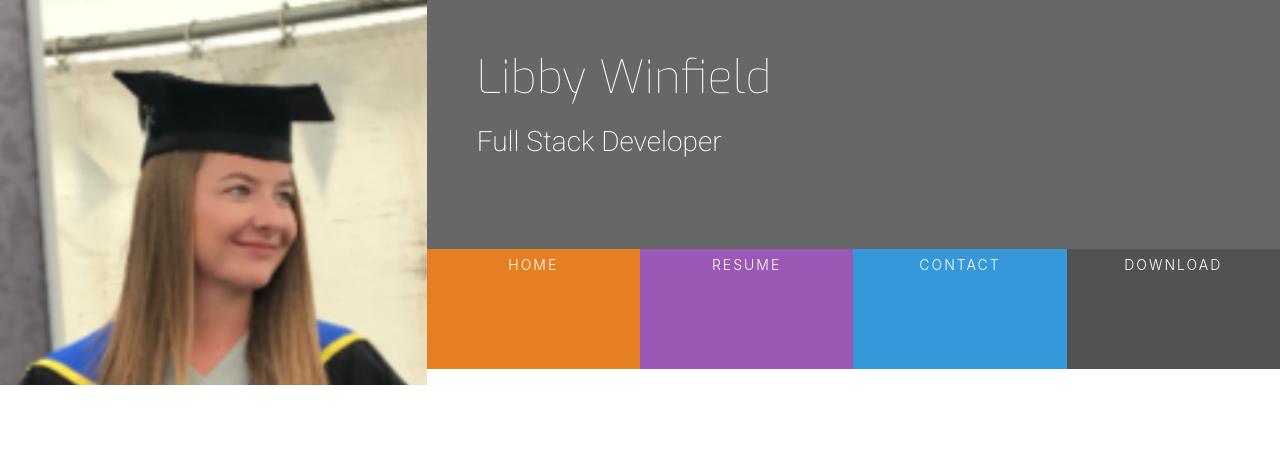
Repository: LibbyWin/CV
Page: index.html
The author's editor kept a record of every edit. The page is drawn from the files as they stood at one moment, then again after the next edit.
The browser window is 1280 px wide. The pictures show the whole page.

Above is the page before.

After the next edit:
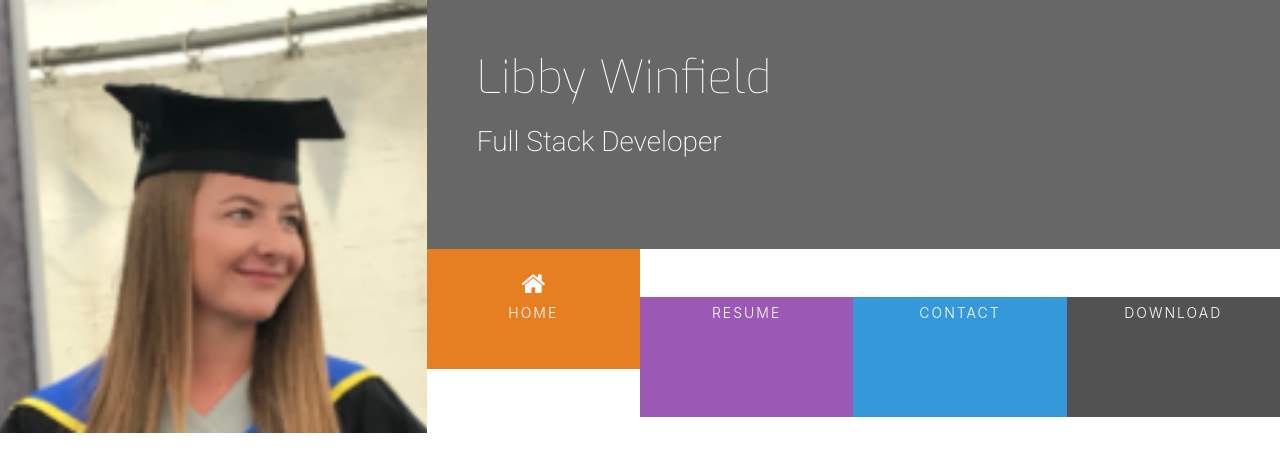
The edit:
--- a/index.html
+++ b/index.html
@@ -30,7 +30,7 @@
                     <div class="col">
                         <ul id="nav" class="list-inline menucontainer">
                             <li class="col-6 col-sm-3 ui-menu-color-home list-inline-item menuitem">
-                                <a href="#"></i><span>Home</span></a>
+                                <a href="#"><i class="fa fa-home" aria-hidden_"true"></i><span>Home</span></a>
                             </li>
                             <li class="col-6 col-sm-3 ui-menu-color-resume list-inline-item menuitem">
                                 <a href="#"><span>Resume</span></a>
